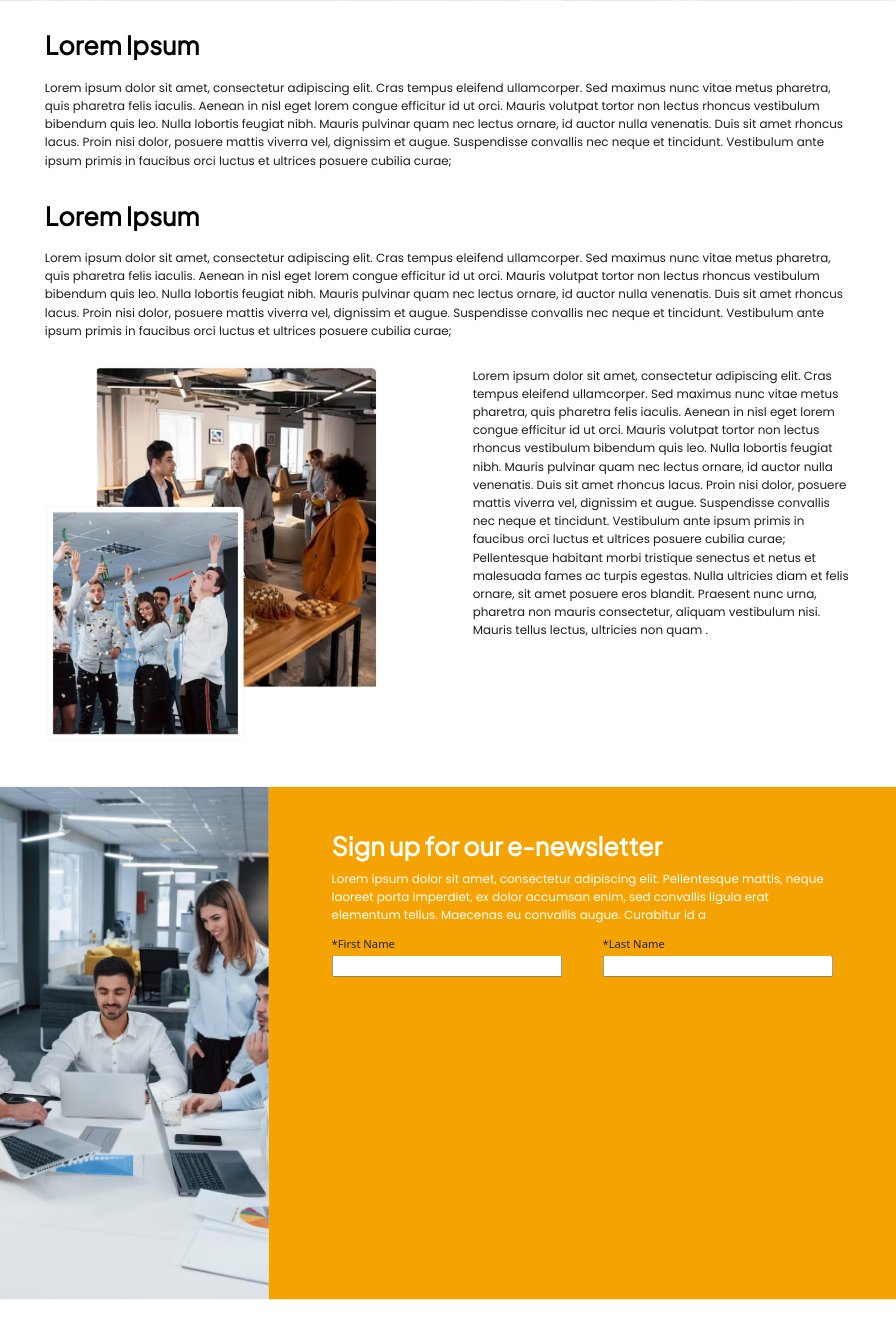
Repository: Akash8377/Hospitality-website
Page: /about-us
These files come from the project's save history. The page is drawn as it stood at one moment and after the next save; the edit follows.
The browser window is 1280 px wide. The pictures show the part of the page from y = 683 to 2603 px (the page is 2603 px tall), at 70% of full size.
Some web libraries are served in a nearby version. The project was rebuilt for these pictures with package versions that can differ from the ones it lists, and the page was loaded fresh each time. Also part of the build but not shown: src/Component/Partial/heading-cont.js, src/Component/Shared/about-us.js, src/Component/Shared/Banner.js, src/Component/Shared/popular-jobs.js, src/Component/Sliders/ServiceSlider.js, src/Component/Sliders/ReviewSlider.js, src/Component/Partial/index-banner.js, src/Component/Partial/index-buisness-banner.js and 2 more.

Above is the page before, as saved 2023-07-07 12:09:42.

After the next save:
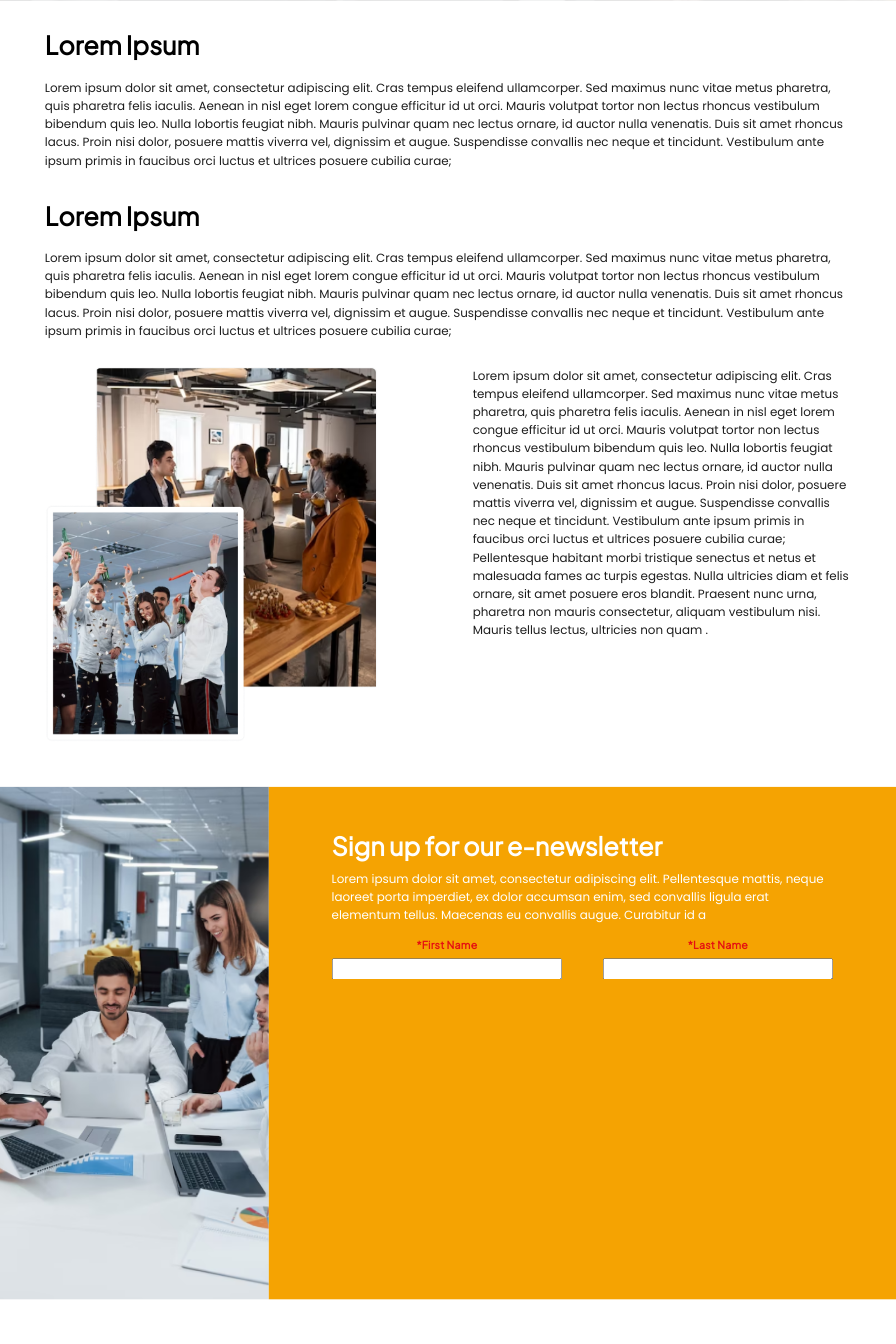
Saved 13 s later.
--- a/src/Css/Lap.css
+++ b/src/Css/Lap.css
@@ -816,4 +816,12 @@
   gap: 5px;
 }
 .About-Us_Newsletter .right .content form .Two_Inputs div label{
-}
+  color: #E51111;
+text-align: center;
+font-family: Plus Jakarta Sans;
+font-size: 15px;
+font-style: normal;
+font-weight: 700;
+line-height: 28px;
+letter-spacing: 0.375px;
+}
